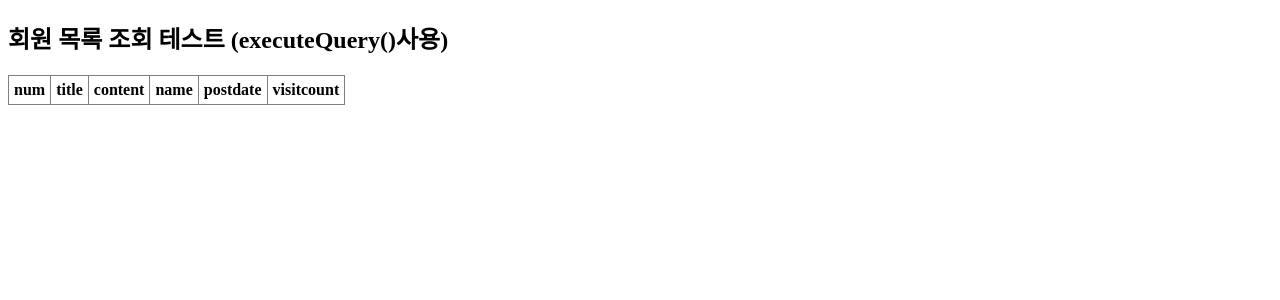
Repository: Charles0304/JSP
Page: http://localhost/MustHaveJSP/05JDBC/ExeQuery1.jsp
These files come from the project's save history. The page is drawn as it stood at one moment and after the next save; the edit follows.
The browser window is 1280 px wide. The pictures show the whole page.
The page is served by Tomcat 10. Nobody is signed in. The application's start-up code is not run. Queries for data that is not in the repository find no rows.

Above is the page before, as saved 2024-04-19 08:30:07.

After the next save:
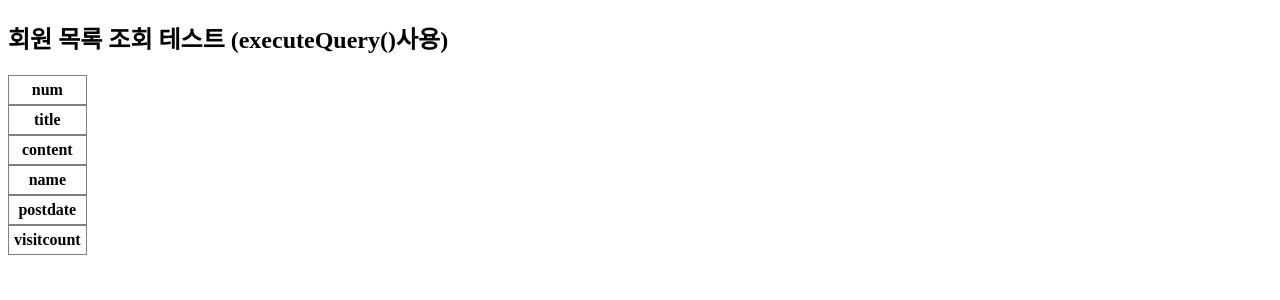
Saved 28 s later.
--- a/MustHaveJSP/src/main/webapp/05JDBC/ExeQuery1.jsp
+++ b/MustHaveJSP/src/main/webapp/05JDBC/ExeQuery1.jsp
@@ -16,6 +16,8 @@
 	td,th{
 	padding:5px;
 	border:1px solid gray;
+	display:flex;
+	justify-content:center;
 	}
 
 </style>

After the 2 saves that followed:
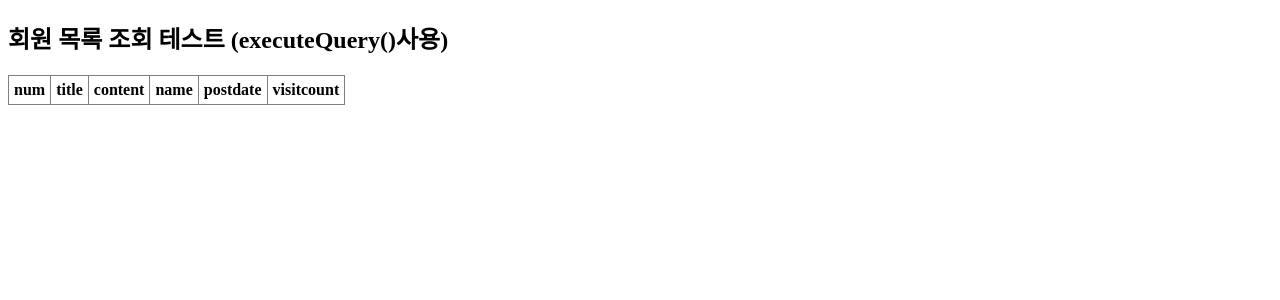
The 2 saves are shown as one change because they came seconds apart.
The last was saved 11 s later.
--- a/MustHaveJSP/src/main/webapp/05JDBC/ExeQuery1.jsp
+++ b/MustHaveJSP/src/main/webapp/05JDBC/ExeQuery1.jsp
@@ -16,8 +16,6 @@
 	td,th{
 	padding:5px;
 	border:1px solid gray;
-	display:flex;
-	justify-content:center;
 	}
 
 </style>
